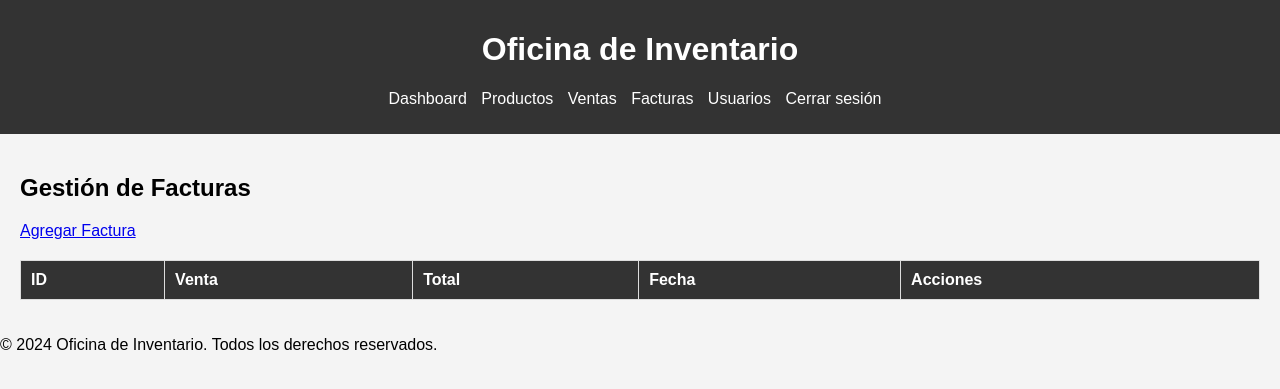
Repository: Connie75/Inventario
Page: http://localhost/views/invoices.php
These files come from the project's save history. The page is drawn as it stood at one moment and after the next save; the edit follows.
The browser window is 1280 px wide. The pictures show the whole page.
The page is run by PHP 8.4 with error messages shown; the project is at /var/www/html/. The session is filled in as if someone had signed in: {"id": 1, "rol": "admin"}. Other server files are loaded and not shown. Queries for data that is not in the repository find no rows.

Above is the page before, as saved 2024-07-29 21:21:02.

### views/invoices.php
<!-- views/invoices.php -->
<?php
session_start();
include '../includes/header.php';
include '../includes/db.php';

// Verificar si el usuario está logueado
if (!isset($_SESSION['id'])) {
    header("Location: login.php");
    exit();
}

// Obtener lista de facturas
$result = $conn->query("SELECT facturas.*, ventas.total FROM facturas JOIN ventas ON facturas.venta_id = ventas.id");
?>

<h2>Gestión de Facturas</h2>
<a href="add_invoice.php">Agregar Factura</a>
<table>
    <thead>
        <tr>
            <th>ID</th>
            <th>Venta</th>
            <th>Total</th>
            <th>Fecha</th>
            <th>Acciones</th>
        </tr>
    </thead>
    <tbody>
        <?php while ($row = $result->fetch_assoc()): ?>
            <tr>
                <td><?php echo $row['id']; ?></td>
                <td><?php echo $row['venta_id']; ?></td>
                <td><?php echo $row['total']; ?></td>
                <td><?php echo $row['fecha']; ?></td>
                <td>
                    <a href="edit_invoice.php?id=<?php echo $row['id']; ?>">Editar</a>
                    <a href="../actions/delete_invoice.php?id=<?php echo $row['id']; ?>">Eliminar</a>
                </td>
            </tr>
        <?php endwhile; ?>
    </tbody>
</table>

<?php $conn->close(); ?>
<?php include '../includes/footer.php'; ?>

### includes/header.php
<!-- includes/header.php -->
<!DOCTYPE html>
<html lang="es">
<head>
    <meta charset="UTF-8">
    <meta name="viewport" content="width=device-width, initial-scale=1.0">
    <title>Oficina de Inventario</title>
    <link rel="stylesheet" href="../css/styles.css">
    <script src="../js/scripts.js" defer></script>
</head>
<body>
    <header>
        <h1>Oficina de Inventario</h1>
        <nav>
            <ul>
                <li><a href="../views/dashboard.php">Dashboard</a></li>
                <li><a href="../views/products.php">Productos</a></li>
                <li><a href="../views/sales.php">Ventas</a></li>
                <li><a href="../views/invoices.php">Facturas</a></li>
                <?php if (isset($_SESSION['rol']) && $_SESSION['rol'] == 'admin'): ?>
                    <li><a href="../views/users.php">Usuarios</a></li>
                <?php endif; ?>
                <li><a href="../actions/logout.php">Cerrar sesión</a></li>
            </ul>
        </nav>
    </header>
    <main>
    <?php if (isset($_SESSION['message'])): ?>
            <div class="message <?php echo $_SESSION['message_type']; ?>">
                <?php
                    echo $_SESSION['message'];
                    unset($_SESSION['message']);
                    unset($_SESSION['message_type']);
                ?>
            </div>
        <?php endif; ?>

### includes/db.php
<?php
// db.php
$servername = "localhost";
$username = "root";
$password = "Azurro49.";
$dbname = "inventario";

// Crear conexión
$conn = new mysqli($servername, $username, $password, $dbname);

// Verificar conexión
if ($conn->connect_error) {
    die("Error en la conexión: " . $conn->connect_error);
}
?>

### includes/footer.php
<!-- includes/footer.php -->
</main>
    <footer>
        <p>&copy; 2024 Oficina de Inventario. Todos los derechos reservados.</p>
    </footer>
</body>
</html>

### CSS/Styles.css
/* css/style.css */
body {
    font-family: Arial, sans-serif;
    background-color: #f4f4f4;
    margin: 0;
    padding: 0;
}

header {
    background-color: #333;
    color: #fff;
    padding: 10px 0;
    text-align: center;
}

nav ul {
    list-style: none;
    padding: 0;
}

nav ul li {
    display: inline;
    margin-right: 10px;
}

nav ul li a {
    color: #fff;
    text-decoration: none;
}

main {
    padding: 20px;
}

table {
    width: 100%;
    border-collapse: collapse;
    margin-top: 20px;
}

table, th, td {
    border: 1px solid #ddd;
}

th, td {
    padding: 10px;
    text-align: left;
}

th {
    background-color: #333;
    color: #fff;
}

### js/Scripts.js
// js/scripts.js

document.addEventListener('DOMContentLoaded', function () {
    // Validación de formularios
    var forms = document.querySelectorAll('form');

    forms.forEach(function (form) {
        form.addEventListener('submit', function (event) {
            var inputs = form.querySelectorAll('input[required], textarea[required], select[required]');
            var valid = true;

            inputs.forEach(function (input) {
                if (!input.value) {
                    input.style.borderColor = 'red';
                    valid = false;
                } else {
                    input.style.borderColor = 'initial';
                }
            });

            if (!valid) {
                event.preventDefault();
                alert('Por favor, rellena todos los campos obligatorios.');
            }
        });
    });

    // Actualización dinámica de cantidad de productos
    var cantidadInputs = document.querySelectorAll('input[name="cantidad"]');
    var precioInputs = document.querySelectorAll('input[name="precio"]');
    var totalDisplay = document.querySelector('#total');

    cantidadInputs.forEach(function (cantidadInput) {
        cantidadInput.addEventListener('input', actualizarTotal);
    });

    precioInputs.forEach(function (precioInput) {
        precioInput.addEventListener('input', actualizarTotal);
    });

    function actualizarTotal() {
        var cantidad = parseFloat(cantidadInputs[0].value) || 0;
        var precio = parseFloat(precioInputs[0].value) || 0;
        var total = cantidad * precio;

        if (totalDisplay) {
            totalDisplay.textContent = 'Total: $' + total.toFixed(2);
        }
    }

    // Mostrar/ocultar contraseña
    var togglePassword = document.querySelector('#togglePassword');
    var passwordInput = document.querySelector('input[name="password"]');

    if (togglePassword && passwordInput) {
        togglePassword.addEventListener('click', function () {
            var type = passwordInput.getAttribute('type') === 'password' ? 'text' : 'password';
            passwordInput.setAttribute('type', type);
            this.textContent = type === 'password' ? 'Mostrar' : 'Ocultar';
        });
    }
});

After the next save:
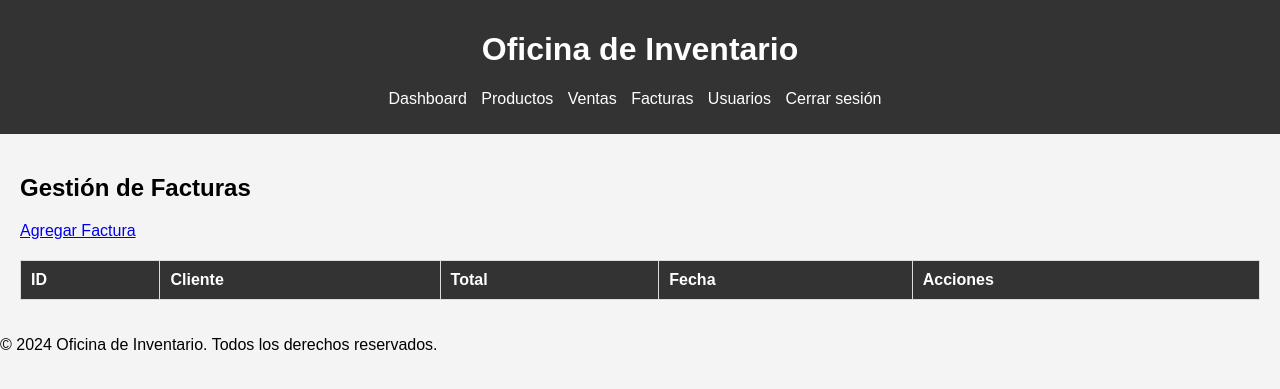
Saved 47 s later.
--- a/views/invoices.php
+++ b/views/invoices.php
@@ -20,7 +20,7 @@ $result = $conn->query("SELECT facturas.*, ventas.total FROM facturas JOIN venta
     <thead>
         <tr>
             <th>ID</th>
-            <th>Venta</th>
+            <th>Cliente</th>
             <th>Total</th>
             <th>Fecha</th>
             <th>Acciones</th>
@@ -30,17 +30,18 @@ $result = $conn->query("SELECT facturas.*, ventas.total FROM facturas JOIN venta
         <?php while ($row = $result->fetch_assoc()): ?>
             <tr>
                 <td><?php echo $row['id']; ?></td>
-                <td><?php echo $row['venta_id']; ?></td>
+                <td><?php echo $row['cliente_nombre']; ?></td>
                 <td><?php echo $row['total']; ?></td>
                 <td><?php echo $row['fecha']; ?></td>
                 <td>
                     <a href="edit_invoice.php?id=<?php echo $row['id']; ?>">Editar</a>
-                    <a href="../actions/delete_invoice.php?id=<?php echo $row['id']; ?>">Eliminar</a>
+                    <a href="view_invoice.php?id=<?php echo $row['id']; ?>">Ver</a>
                 </td>
             </tr>
         <?php endwhile; ?>
     </tbody>
 </table>
 
+
 <?php $conn->close(); ?>
 <?php include '../includes/footer.php'; ?>
